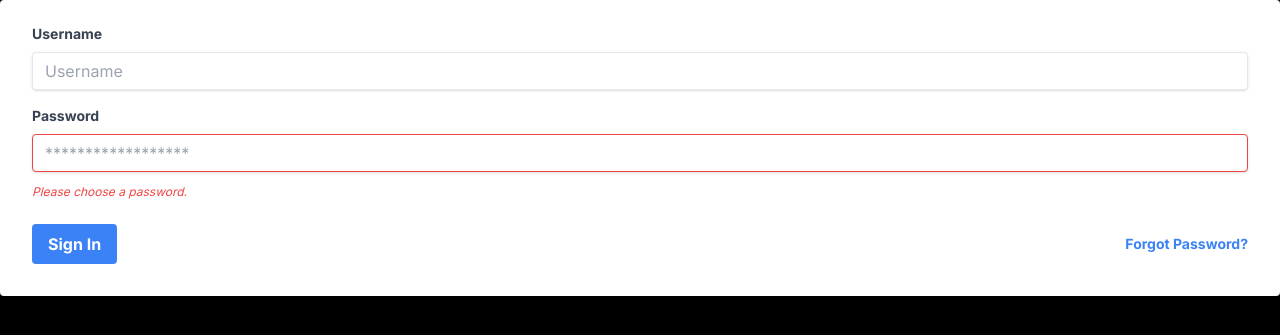
Repository: uh-sman/tiktok-card
Page: /
An editor plug-in stored every save of this project. The page is shown before and after the next save, followed by the edit.
The browser window is 1280 px wide. The pictures show the whole page.
The project was rebuilt for these pictures with package versions that can differ from the ones it lists, and the page was loaded fresh each time. The framework's server and built-in components were replaced by stand-ins that run in the browser. Also part of the build but not shown: next.config.js.

Above is the page before, as saved 2023-12-19 12:02:06.

After the next save:
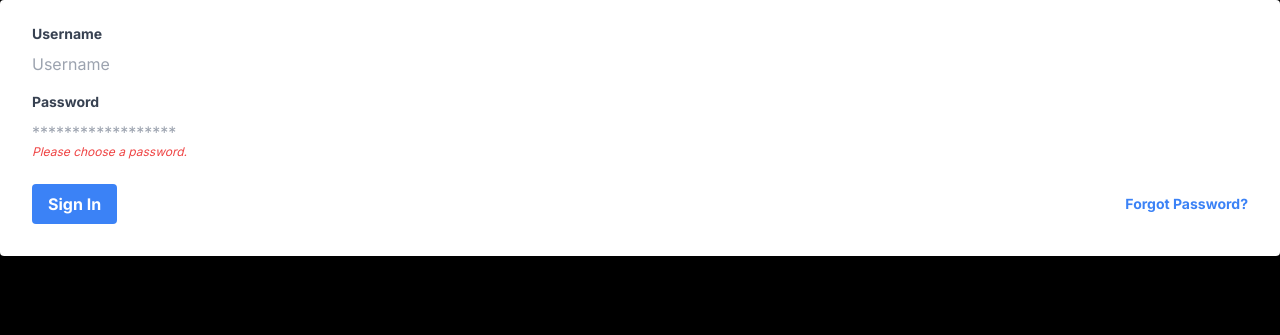
Saved 110 s later.
--- a/app/page.tsx
+++ b/app/page.tsx
@@ -28,13 +28,13 @@ export default function Home() {
       <label className="block text-gray-700 text-sm font-bold mb-2" htmlFor="username">
         Username
       </label>
-      <input className="shadow appearance-none border rounded w-full py-2 px-3 text-gray-700 leading-tight focus:outline-none focus:shadow-outline" id="username" type="text" placeholder="Username" />
+      <Input onChange={() => {}} className="shadow appearance-none border rounded w-full py-2 px-3 text-gray-700 leading-tight focus:outline-none focus:shadow-outline" id="username" type="text" placeholder="Username" />
     </div>
     <div className="mb-6">
       <label className="block text-gray-700 text-sm font-bold mb-2" htmlFor="password">
         Password
       </label>
-      <input className="shadow appearance-none border border-red-500 rounded w-full py-2 px-3 text-gray-700 mb-3 leading-tight focus:outline-none focus:shadow-outline" id="password" type="password" placeholder="******************" />
+      <Input onChange={() => {}} className="shadow appearance-none border border-red-500 rounded w-full py-2 px-3 text-gray-700 mb-3 leading-tight focus:outline-none focus:shadow-outline" id="password" type="password" placeholder="******************" />
       <p className="text-red-500 text-xs italic">Please choose a password.</p>
     </div>
     <div className="flex items-center justify-between">
